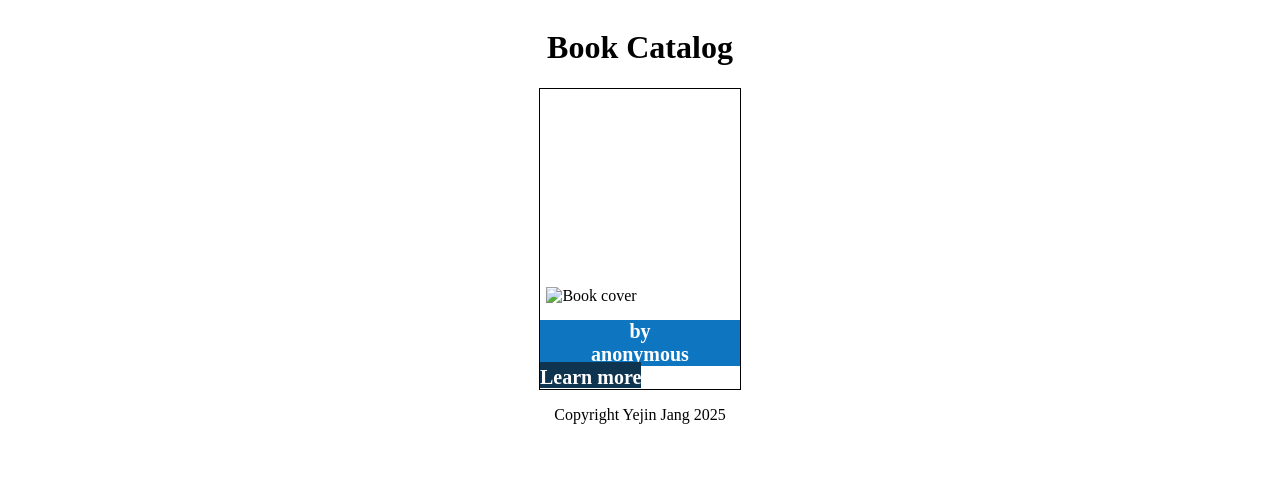
Repository: Yejin-Digital/Lab3-Assignment-BookCatalog
Page: /
An editor plug-in stored every save of this project. The page is shown before and after the next save, followed by the edit.
The browser window is 1280 px wide. The pictures show the whole page.
The project was rebuilt for these pictures with package versions that can differ from the ones it lists, and the page was loaded fresh each time. Also part of the build but not shown: vite.config.js.

Above is the page before, as saved 2025-09-13 04:09:00.

After the next save:
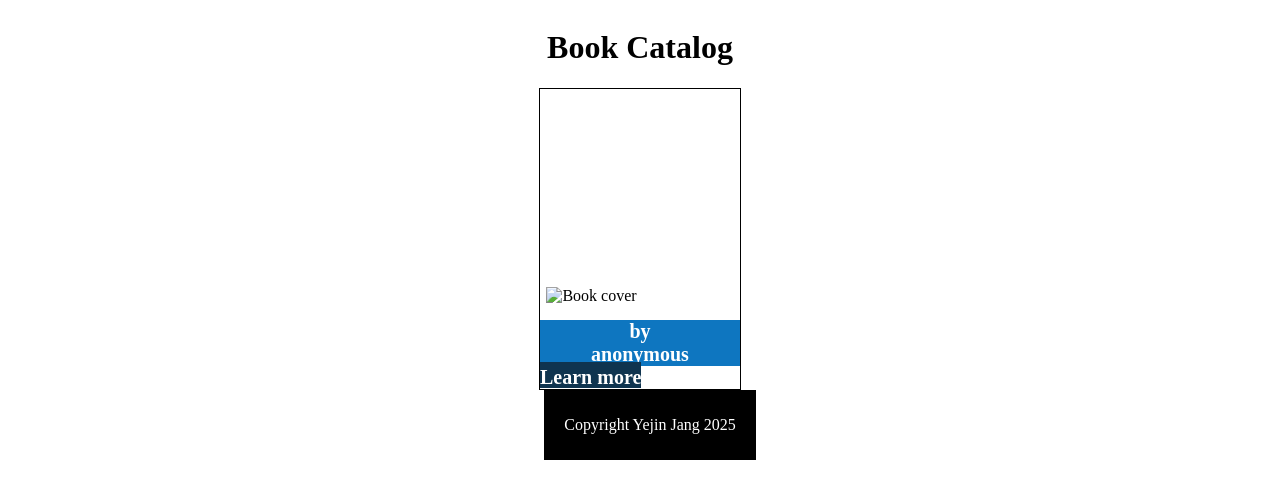
Saved 41 s later.
--- a/src/index.css
+++ b/src/index.css
@@ -7,3 +7,11 @@ body {
   align-items: center;
   flex-direction: column;
 }
+
+.footer-content {
+  background-color: black;
+  color: white;
+  padding: 10px;
+  text-align: center;
+  width: 100%;
+}
